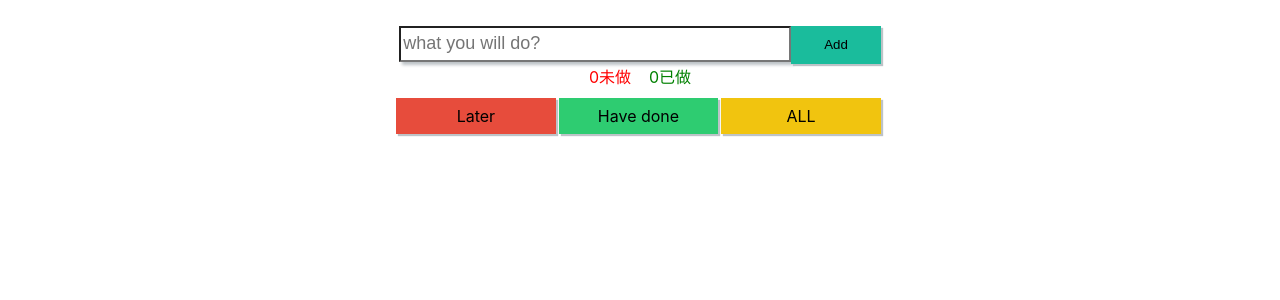
Repository: yurensmile/todolist
Page: /
The author's editor kept a copy of each file at every save. The page is drawn from the files as they stood at one save, then again after the next save.
The browser window is 1280 px wide. The pictures show the whole page.
The project was rebuilt for these pictures with package versions that can differ from the ones it lists, and the page was loaded fresh each time. Also part of the build but not shown: src/All.js, src/HaveDone.js.

Above is the page before, as saved 2019-03-20 17:25:50.

After the next save:
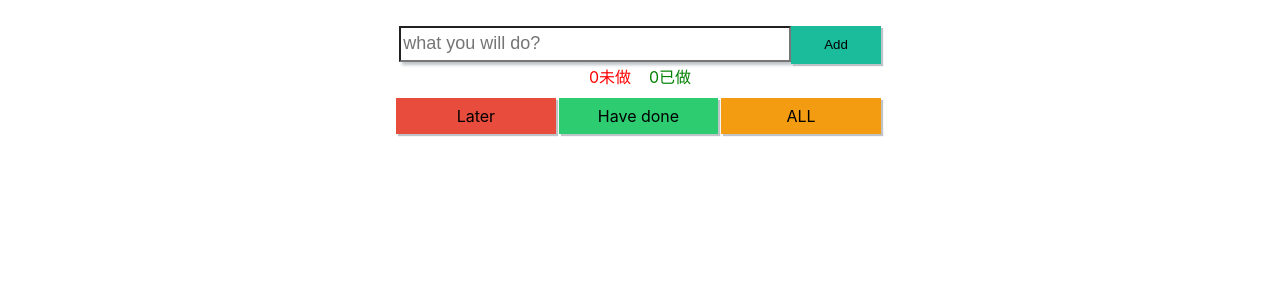
Saved 99 s later.
--- a/src/App.css
+++ b/src/App.css
@@ -40,8 +40,8 @@ li{
   border-color: rgba(46, 204, 113,1.0);
 }
 .all{
-  background-color: rgba(241, 196, 15,1.0);
-  border-color: rgba(241, 196, 15,1.0);
+  background-color: rgba(243, 156, 18,1.0);
+  border-color:rgba(243, 156, 18,1.0);
 }
 
 .toggle{
